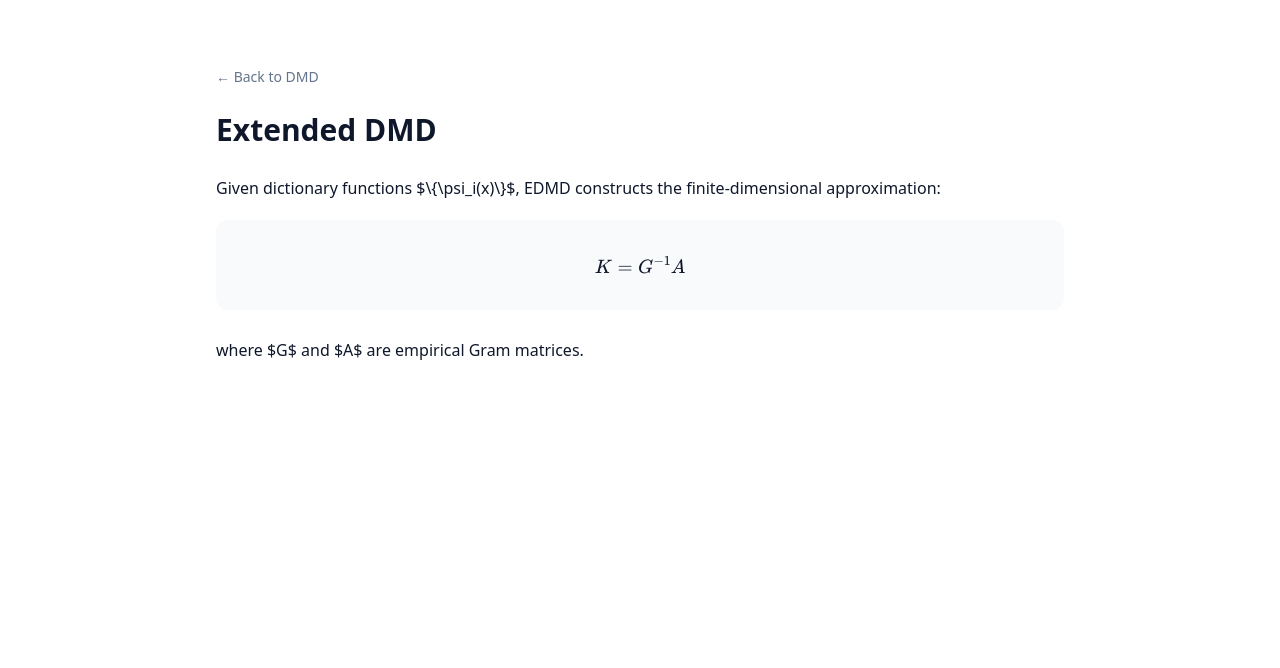
Repository: JWS625/JWS625.github.io
Page: notes/modal_analysis/03_koopman_operator_theory_and_extended_dynamics_mode_decomposition.html
These files come from the project's save history. The page is drawn as it stood at one moment and after the next save; the edit follows.
The browser window is 1280 px wide. The pictures show the whole page.
Some web libraries are served in a nearby version.

Above is the page before, as saved 2026-02-20 19:21:11.
Console error (its wording comes from the project's code and is left out).

### notes/modal_analysis/03_koopman_operator_theory_and_extended_dynamics_mode_decomposition.html
<!doctype html>
<html>
<head>
<meta charset="utf-8">
<title>Koopman Operator Theory and Extended Dynamic Mode Decomposition | Research Notes</title>
<script src="https://cdn.tailwindcss.com"></script>
<script src="./../../assets/mathjax-config.js"></script>
<script defer src="https://cdn.jsdelivr.net/npm/mathjax@3/es5/tex-svg.js"></script>


<!-- <script>
window.MathJax = {
  tex: { inlineMath: [['$', '$'], ['\\(', '\\)']] }
};
</script> -->
<script src="https://cdn.jsdelivr.net/npm/mathjax@3/es5/tex-mml-chtml.js"></script>
</head>

<body class="bg-white text-slate-900">
<div class="max-w-4xl mx-auto px-6 py-16">

<a href="index.html" class="text-sm text-slate-500 hover:text-black">
← Back to DMD
</a>

<h1 class="text-3xl font-semibold mt-6">
Extended DMD
</h1>

<p class="mt-6 leading-8">
Given dictionary functions $\{\psi_i(x)\}$, EDMD constructs
the finite-dimensional approximation:
</p>

<div class="bg-slate-50 p-4 rounded-xl mt-4">
$$
K = G^{-1} A
$$
</div>

<p class="mt-6 leading-8">
where $G$ and $A$ are empirical Gram matrices.
</p>

</div>
</body>
</html>

### assets/mathjax-config.js
window.MathJax = {
tex: {
    macros: {
    argmin: ["\\operatorname*{arg\\,min}"],
    argmax: ["\\operatorname*{arg\\,max}"],
    vta: "\\boldsymbol{\\alpha}",
    vtb: "\\boldsymbol{\\beta}",
    vtf: "\\boldsymbol{\\phi}",
    vtrf: "\\boldsymbol{\\varphi}",
    vtg: "\\boldsymbol{\\gamma}",
    vtx: "\\boldsymbol{\\xi}",
    vty: "\\boldsymbol{\\psi}",
    vtF: "\\boldsymbol{\\Phi}",
    vtL: "\\boldsymbol{\\Lambda}",
    vtO: "\\boldsymbol{\\Omega}",
    vtS: "\\boldsymbol{\\Sigma}",
    vtX: "\\boldsymbol{\\Xi}",
    vtY: "\\boldsymbol{\\Psi}",
    vc: "\\mathbf{c}",
    vg: "\\mathbf{g}",
    vv: "\\mathbf{v}",
    vw: "\\mathbf{w}",
    vx: "\\mathbf{x}",
    vy: "\\mathbf{y}",
    vB: "\\mathbf{B}",
    vC: "\\mathbf{C}",
    vF: "\\mathbf{F}",
    vG: "\\mathbf{G}",
    vI: "\\mathbf{I}",
    vQ: "\\mathbf{Q}",
    vX: "\\mathbf{X}",
    vY: "\\mathbf{Y}",
    vM: "\\mathbf{M}",
    vU: "\\mathbf{U}",
    vV: "\\mathbf{V}",
    vZ: "\\mathbf{Z}",
    R: "\\mathbb{R}",
    C: "\\mathbb{C}"
    }
}
};

After the next save:
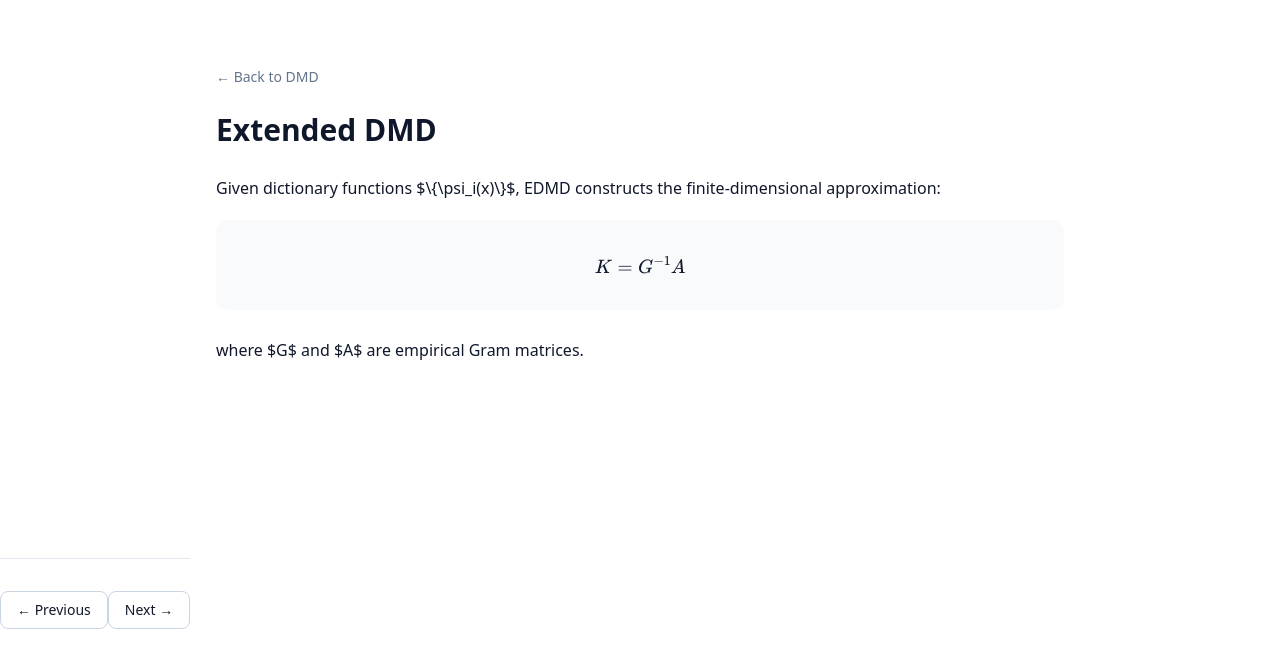
Saved 43 s later.
--- a/notes/modal_analysis/03_koopman_operator_theory_and_extended_dynamics_mode_decomposition.html
+++ b/notes/modal_analysis/03_koopman_operator_theory_and_extended_dynamics_mode_decomposition.html
@@ -43,5 +43,22 @@ where $G$ and $A$ are empirical Gram matrices.
 </p>
 
 </div>
+
+<div class="mt-16 flex justify-between items-center text-sm">
+
+  <div class="mt-16 pt-8 border-t border-slate-200">
+  <div class="flex justify-between items-center max-w-2xl mx-auto text-sm">
+    <a href="02_dynamics_mode_decomposition.html"
+       class="px-4 py-2 rounded-lg border border-slate-300 hover:bg-slate-50">
+       ← Previous
+    </a>
+
+    <a href="04_variant_of_dynamic_mode_decomposition.html"
+       class="px-4 py-2 rounded-lg border border-slate-300 hover:bg-slate-50">
+       Next →
+    </a>
+  </div>
+</div>
+</div>
 </body>
 </html>
